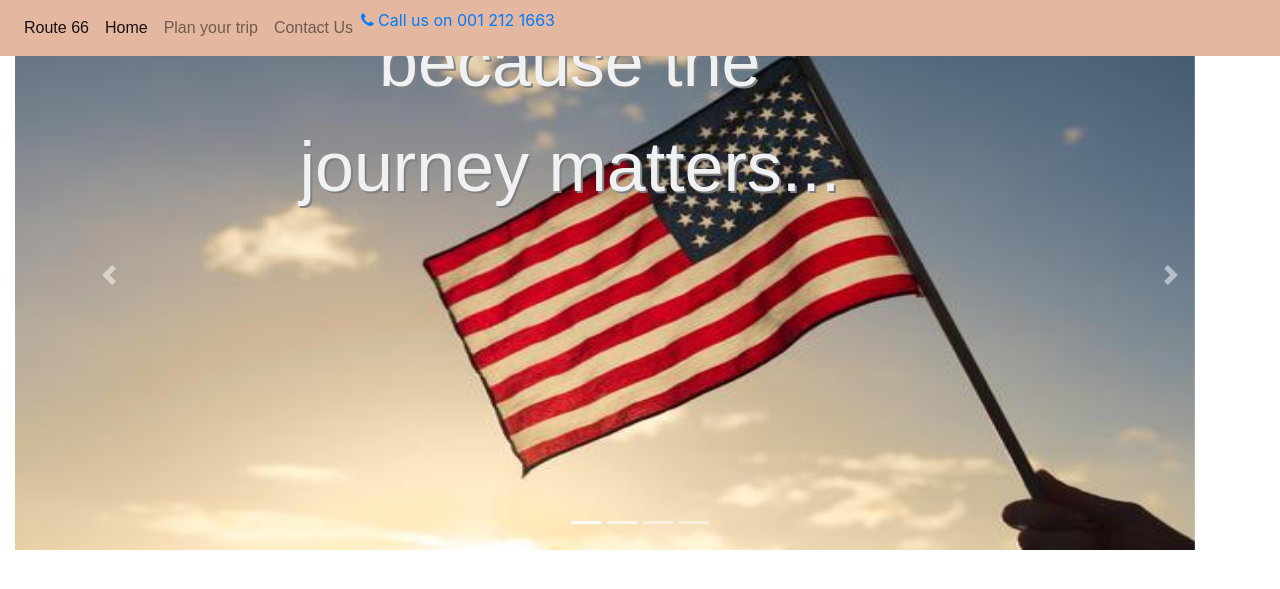
Repository: Code-Institute-Submissions/Javascript-milestone-project-2
Page: index.html
The author's editor kept a record of every edit. The page is drawn from the files as they stood at one moment, then again after the next edit.
The browser window is 1280 px wide. The pictures show the whole page.
Some web fonts or font styles are not loaded; a fallback is used. Some web libraries are served in a nearby version.

Above is the page before.
Not found: assets/images/slide2.jpg
Not found: assets/images/slide3.jpg
Not found: assets/images/slide4.jpg

After the next edit:
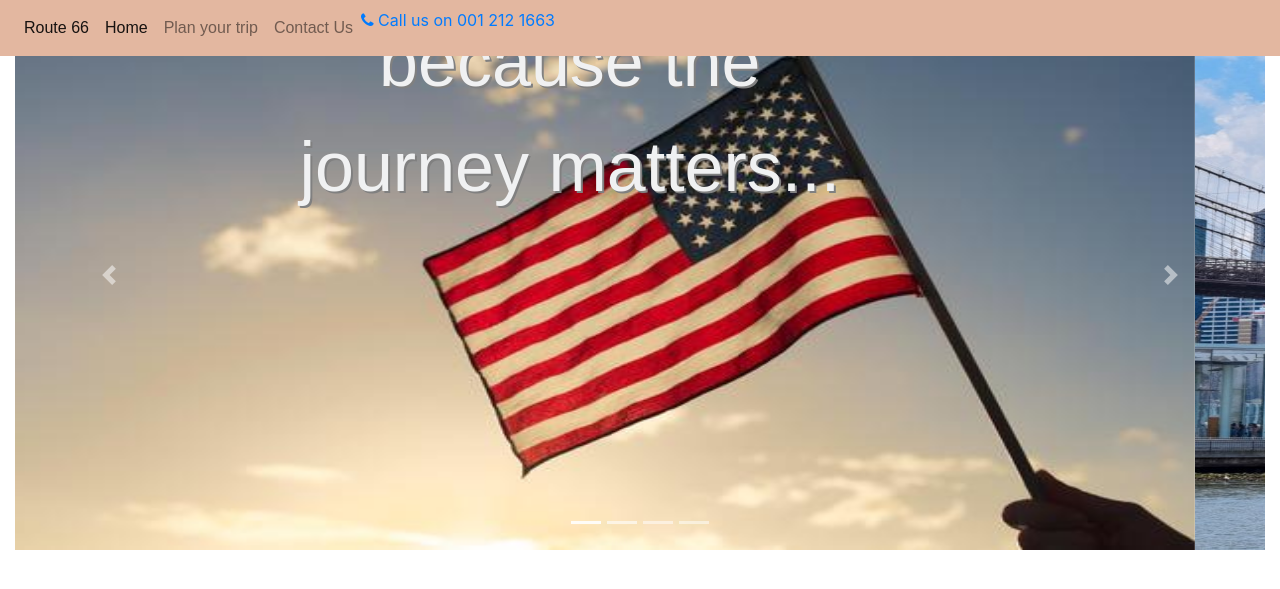
The edit:
--- a/index.html
+++ b/index.html
@@ -75,7 +75,7 @@
 
                 <div class="carousel-item">
 
-                    <img src="assets/images/slide2.jpg" alt="highway" width="100%" height="550">
+                    <img src="images/slide2.jpg" alt="highway" width="100%" height="550">
 
 
                 </div>
